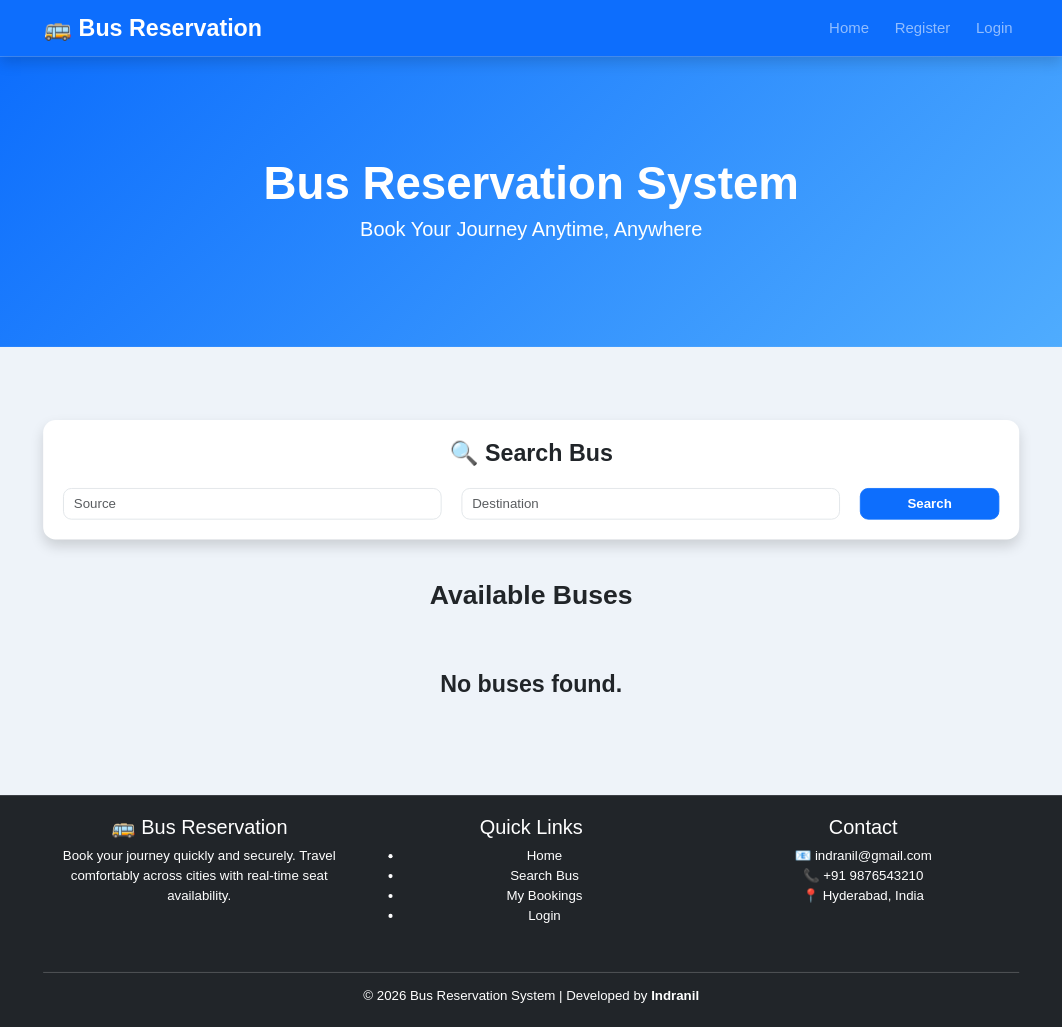
Repository: Eswarabhinay06/Bus-Reservation-System
Page: / (app in AIML-09-Bus-Reservation-System-main/bus-reservation-frontend/)
The author's editor kept a copy of each file at every save. The page is drawn from the files as they stood at one save, then again after the next save.
The browser window is 1280 px wide. The pictures show the whole page, at 83% of full size.
The page's requests for data from a server got no answer. The project was rebuilt for these pictures with package versions that can differ from the ones it lists, and the page was loaded fresh each time. No one was signed in, and anything a server would have sent is missing. Also part of the build but not shown: AIML-09-Bus-Reservation-System-main/bus-reservation-frontend/vite.config.js, AIML-09-Bus-Reservation-System-main/bus-reservation-frontend/src/styles/SearchBar.css, AIML-09-Bus-Reservation-System-main/bus-reservation-frontend/src/styles/BusCard.css, AIML-09-Bus-Reservation-System-main/bus-reservation-frontend/src/components/BusCard.jsx, AIML-09-Bus-Reservation-System-main/bus-reservation-frontend/src/styles/SeatSelection.css, AIML-09-Bus-Reservation-System-main/bus-reservation-frontend/src/components/SeatSelection.jsx, AIML-09-Bus-Reservation-System-main/bus-reservation-frontend/src/styles/Register.css, AIML-09-Bus-Reservation-System-main/bus-reservation-frontend/src/pages/Register.jsx and 4 more.

Above is the page before, as saved 2026-07-14 10:26:36.

After the next save:
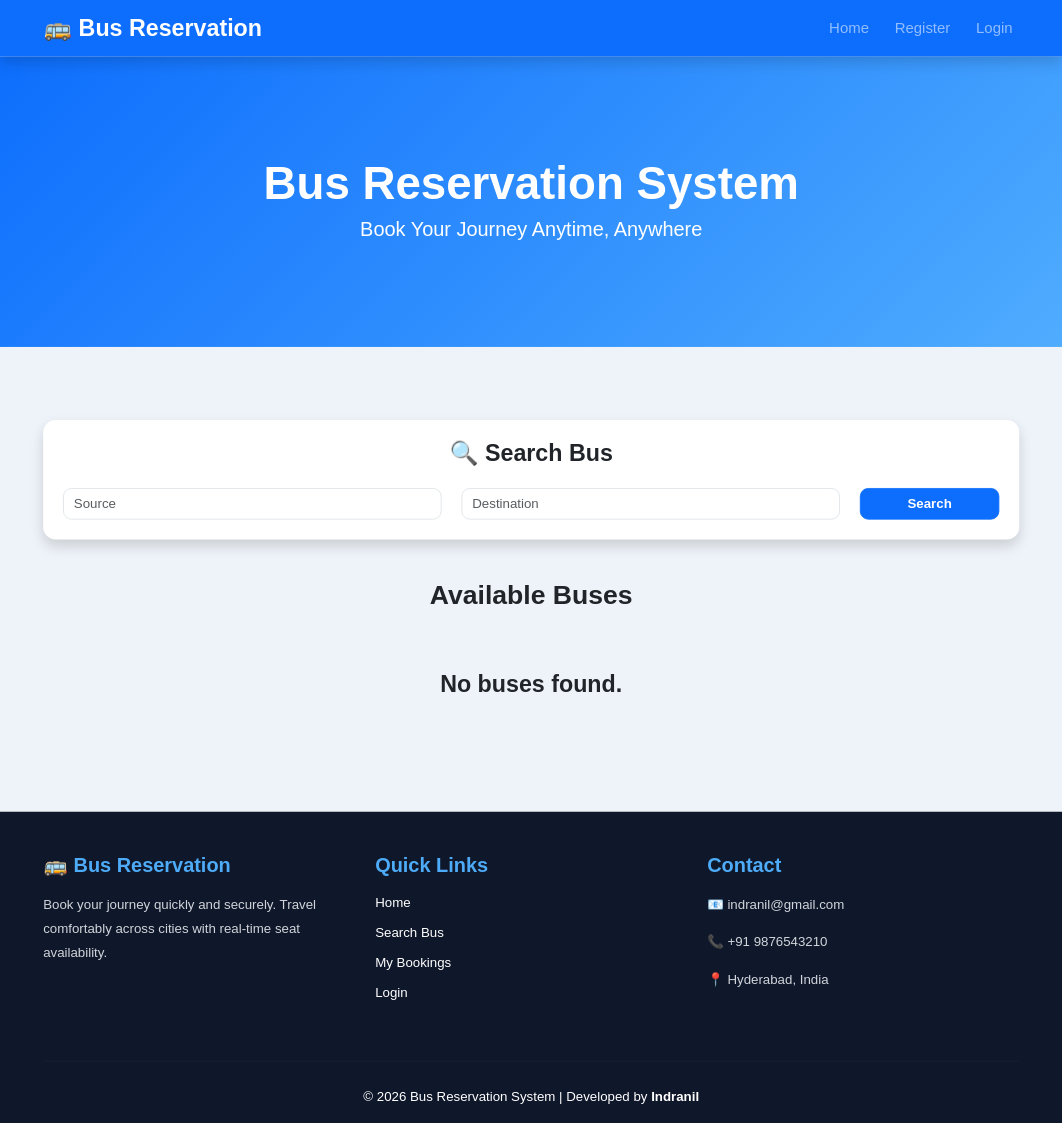
Saved 11 s later.
--- a/AIML-09-Bus-Reservation-System-main/bus-reservation-frontend/src/styles/Footer.css
+++ b/AIML-09-Bus-Reservation-System-main/bus-reservation-frontend/src/styles/Footer.css
@@ -1,11 +1,38 @@
 .footer{
-    background:#212529;
+    background:#0f172a;
     color:white;
-    padding:25px;
-    text-align:center;
-    margin-top:60px;
+    padding:50px 0 20px;
+    margin-top:80px;
+}
+
+.footer h4{
+    margin-bottom:20px;
+    color:#4dabf7;
+    font-weight:bold;
 }
 
 .footer p{
-    margin:0;
+    color:#d1d5db;
+    line-height:1.8;
 }
+
+.footer-links{
+    list-style:none;
+    padding:0;
+}
+
+.footer-links li{
+    margin-bottom:12px;
+    cursor:pointer;
+    transition:.3s;
+}
+
+.footer-links li:hover{
+    color:#4dabf7;
+    transform:translateX(5px);
+}
+
+.footer hr{
+    border-color:#334155;
+    margin:30px 0;
+}
